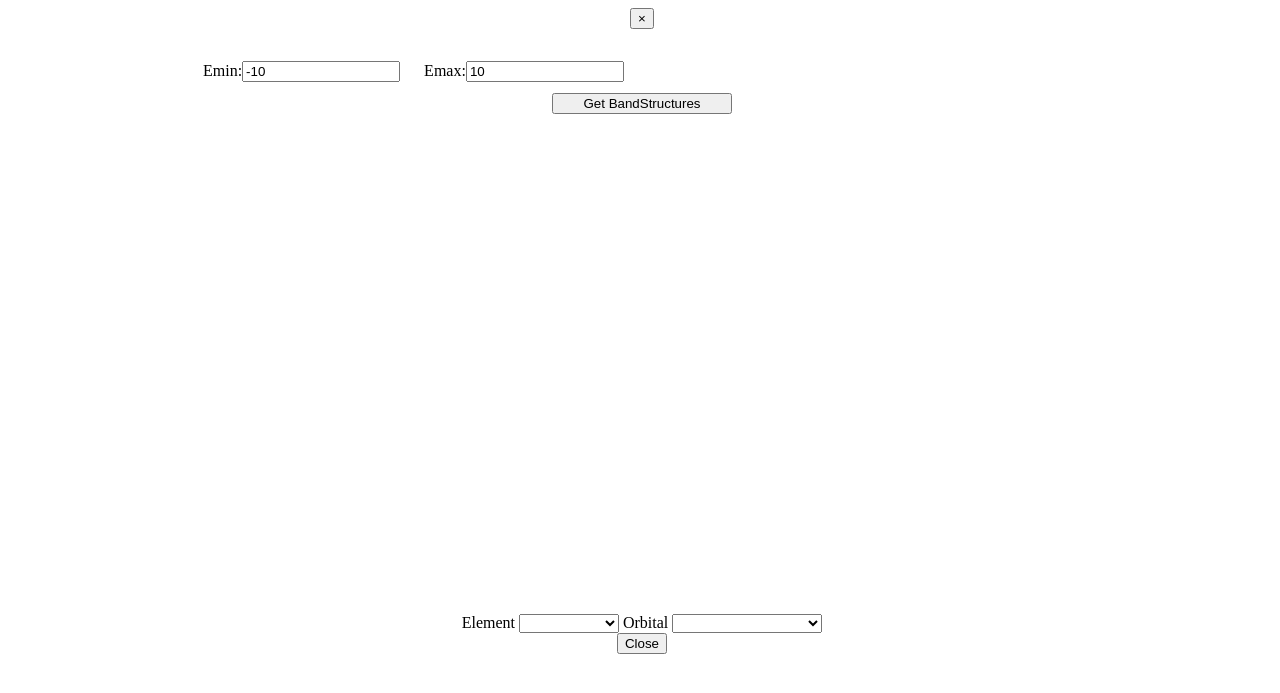
Repository: atowfiq/FESD_website-scripts
Page: http://localhost/fesdweb/BandstructureChart.jsp
An editor plug-in stored every save of this project. The page is shown before and after the next save, followed by the edit.
The browser window is 1280 px wide. The pictures show the whole page.
The page is served by Tomcat 9. Other server files are loaded and not shown.

Above is the page before, as saved 2017-07-28 00:54:33.

### fesdweb/WebContent/BandstructureChart.jsp
<%@ page language="java" contentType="text/html; charset=ISO-8859-1"
    pageEncoding="ISO-8859-1"%>
<!DOCTYPE html PUBLIC "-//W3C//DTD HTML 4.01 Transitional//EN" "http://www.w3.org/TR/html4/loose.dtd">
<html>
<head>
<meta http-equiv="Content-Type" content="text/html; charset=ISO-8859-1">
<title>Bandstructure</title>

<style type="text/css">
.main{
margin-top:-40px;
}


.modal .modal-body {
    max-height: 800px;
    overflow-y: auto;
}
.modal {
  text-align: center;
}

@media screen and (min-width: 768px) {
  .modal:before {
    content: " ";
    display: inline-block;
    height: 100%;
    vertical-align: middle;
  }
}

.modal-dialog {
  display: inline-block;
  text-align: center;
  vertical-align: middle;
}

</style>

    <script type="text/javascript">

      function drawChart(bands) {
    	//  $("#Bands").append($("<option></option>").val('All').html('All'));
     	  $.each(bands, function (key, value) {

 	         $("#BandsFrom").append($("<option></option>").val(value.Index).html(value.Index));
 	        $("#BandsTo").append($("<option></option>").val(value.Index).html(value.Index));

     	  });

     	 drawBandChart(bands);

          }

      	  function drawBandChart(bands)
      	  {


      	  BandChart = document.getElementById('BandChart');
      	  Plotly.purge(BandChart);

      	  var data =[];
      	  var dx=[];
    	  for(var i=0;i<bands[0].Energy.split(", ").length;i++)
    	         	  dx.push(i);
      	  for(var l=0;l<bands.length;l++)
      		{

      		  data.push({x:dx,y:bands[l].Energy.split(", ")});
      		}
      	  /* [{
      	      x: [1, 2, 3, 4, 5],
      	      y: [1, 2, 4, 8, 16],
      	  	},{
      	      x: [1, 2, 3, 4, 5],
      	      y: [2, 4, 6, 8, 16],
      	  	}]*/

      	 var layout = {
       			  title: 'Bandstructure' + Compound.Formula,

       			  yaxis: {
       			    range: [-10, 10],
       			    autorange: false
       			  },

       			};
      	  Plotly.plot( BandChart,data, layout );
      	  }

      	  function drawChartSingleBand(index,bands,orbitalValue)
      	  {



      		 BandChart = document.getElementById('BandChart');
      		 Plotly.purge(BandChart);

      		 var data =[];
         	  var dx=[];
         	  for(var i=0;i<bands[index].Energy.split(", ").length;i++)
         		  dx.push(i);

         	var weight= orbitalValue.split(", ");


         	// data.push({x:dx,y:bands[index].Energy.split(", ")});
         	  data.push({x:dx,
         			  y:bands[index].Energy.split(", "),
         			  type: 'scatter',                    // set the chart type
        		      mode: 'lines',
        		      line: {                             // set the width of the line.
        		         width: 1
        		      },

        		      error_y: {
        		        array: weight.map(function(x) { return x ; }),
        		        thickness: 0.5,                   // set the thickness of the error bars
        		        width: 0
        		      }


         		  });



         	  Plotly.plot( BandChart,data, {
         	      margin: { t: 0 } } );



      	  }

      	function GetBandstructures()
      	{
      		var bandsFrom=$("#BandsFrom").val(),bandsTo =$("#BandsTo").val();
      		if(bandsFrom>bandsTo)
      		{
      			alert("Bands from should be less than bands to.");
      			return;
      		}
      		$.get('BandStructureServlet', {
      			from: bandsFrom,
      			to: bandsTo,
      			id:Compound.Id
      			 }, function(data) {
      				 $("#CompoundElements").html('');
      				    $("#CompoundElements").append($("<option></option>").val("None").html("None"));
      			  	     $.each(data, function (key, value) {

      			  	         $("#CompoundElements").append($("<option></option>").val(JSON.stringify({Header: value.Header,PartialEnergy:value.PartialEnergy})).html(value.Element+" "+value.ElementIndex));
      			  	       });



      		});



      	}


    </script>

</head>
<body>
<div  id="Viewer"  class="modal fade bs-example-modal-lg" tabindex="-1" role="dialog" aria-labelledby="myLargeModalLabel" style="width:100%">
    <div class="modal-dialog modal-lg">

      <!-- Modal content-->


      <div class="modal-content">
        <div class="modal-header">
          <button type="button" class="close" data-dismiss="modal">&times;</button>
          <h4 class="modal-title" id="CompoundFormulaName"></h4>

        </div>
        <div class="modal-body">
    <div>
    <table cellspacing="10">
    <tr>
    <td>
<label>Emin:</label><input id="EminBC" style="width:150px;"  class="form-control"  value="-10">
</td>
<td >
</td>

<td>
<label>Emax:</label><input id="EmaxBC" style="width:150px;"  class="form-control"  value="10">
</td>

	</tr>
	</table>
	</div>
	<button style="width:180px;" class="btn btn-secondary" onclick="GetBandstructures()">Get BandStructures</button>

   <div id="BandChart" style="width: 900px; height: 500px"></div>


 <label  class="control-label ">Element </label> <select style="width: 100px; "  id="CompoundElements">

		</select>
		<label  class="control-label ">Orbital</label> <select style="width: 150px; "  id="Orbitals">

		</select>
<div id="ViewerContent"  style="display: none;"> <img src="" id="imagepreview" style="padding: 5px; width: 800px; height: 600px;" ></div>
        </div>
        <div class="modal-footer">
          <button type="button" class="btn btn-default" data-dismiss="modal">Close</button>
        </div>
      </div>

    </div>
  </div>


</body>
</html>

After the next save:
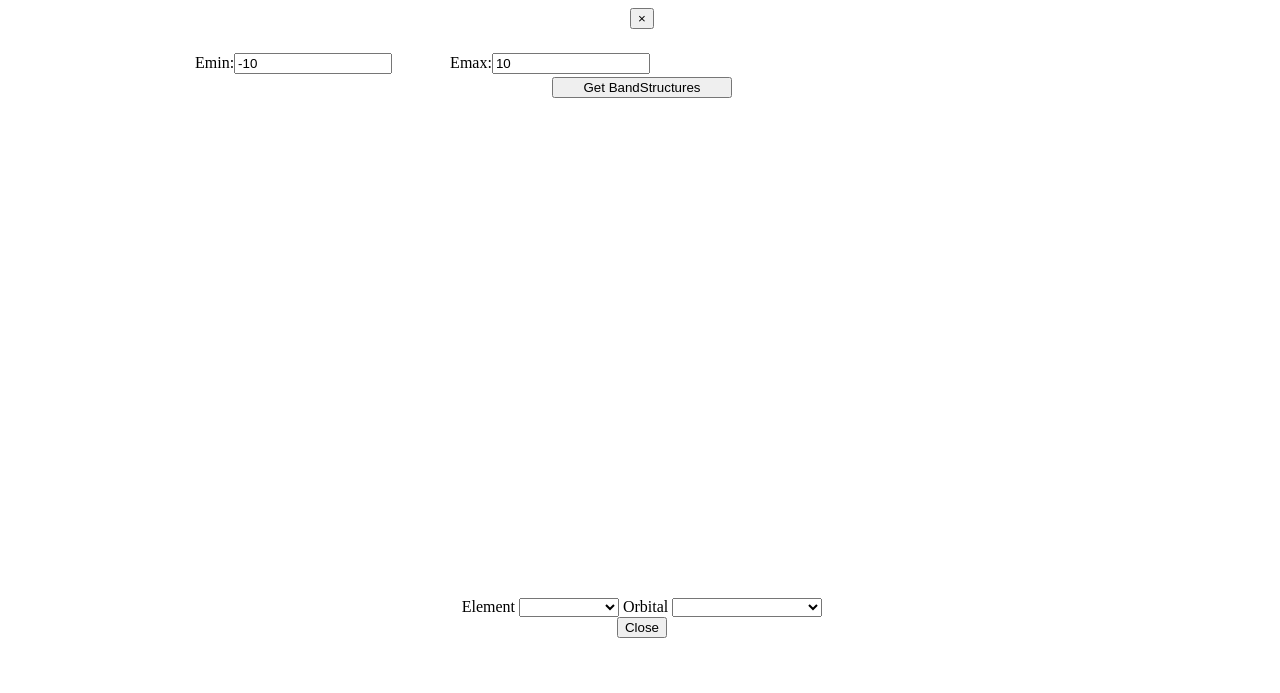
Saved 20 s later.
--- a/fesdweb/WebContent/BandstructureChart.jsp
+++ b/fesdweb/WebContent/BandstructureChart.jsp
@@ -178,12 +178,12 @@ margin-top:-40px;
         </div>
         <div class="modal-body">
     <div>
-    <table cellspacing="10">
+    <table>
     <tr>
     <td>
 <label>Emin:</label><input id="EminBC" style="width:150px;"  class="form-control"  value="-10">
 </td>
-<td >
+<td style="width: 50px;">
 </td>
 
 <td>
